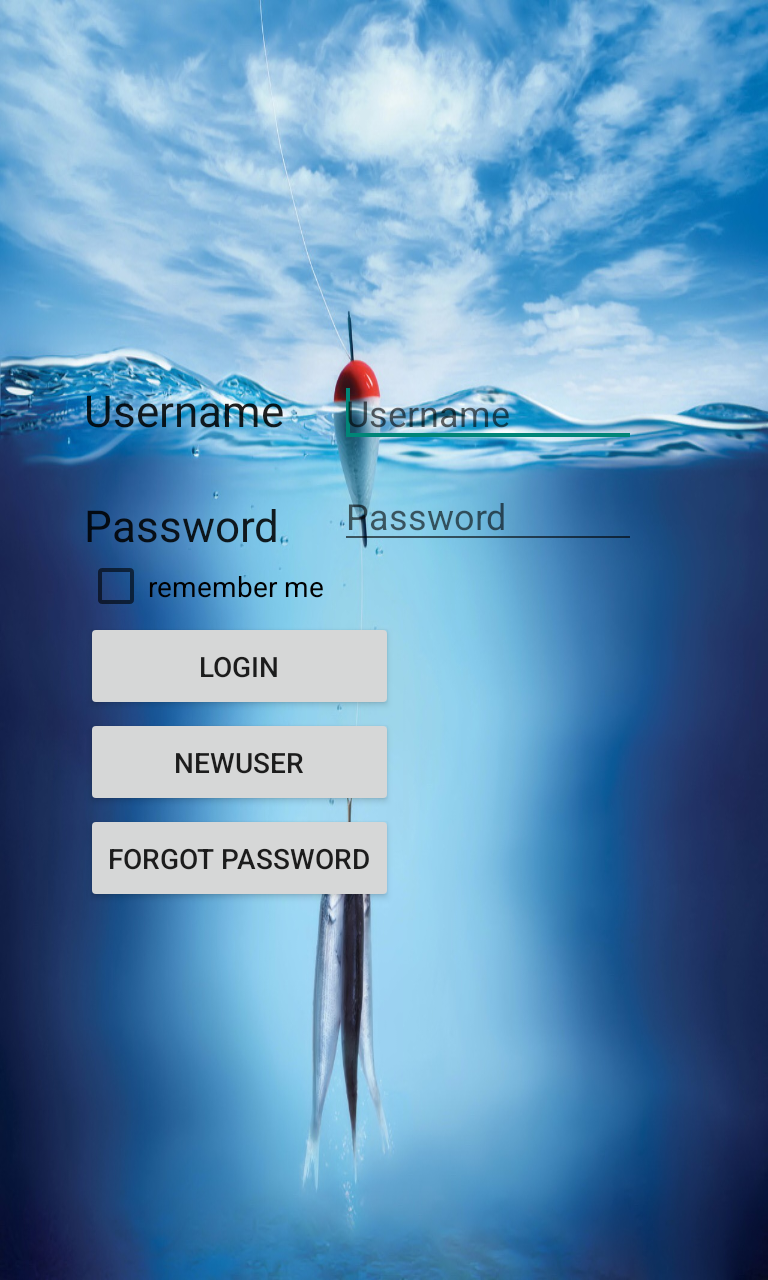
Repository: zerox2012/Fall2014Android
Layout: FishingBuddy/res/layout/activity_login.xml
An editor plug-in stored every save of this project. The layout is shown before and after the next save, followed by the edit.
It is drawn on a 768 x 1280 px phone screen (xhdpi) without system bars, with theme AppTheme; the app's code is not run.

Above is the layout before, as saved 2014-10-20 20:04:35.

### FishingBuddy/res/layout/activity_login.xml
<RelativeLayout xmlns:android="http://schemas.android.com/apk/res/android"
    xmlns:tools="http://schemas.android.com/tools"
    android:layout_width="match_parent"
    android:layout_height="match_parent"
    android:background="@drawable/login"
    android:paddingBottom="@dimen/activity_vertical_margin"
    android:paddingLeft="@dimen/activity_horizontal_margin"
    android:paddingRight="@dimen/activity_horizontal_margin"
    android:paddingTop="@dimen/activity_vertical_margin"
    tools:context="usf.fall2014.android.fishingbuddy.Login" >

    <TextView
        android:id="@+id/textView2"
        android:layout_width="wrap_content"
        android:layout_height="wrap_content"
        android:layout_alignLeft="@+id/textView1"
        android:layout_below="@+id/textView1"
        android:layout_marginTop="28dp"
        android:text="@string/password"
        android:textAppearance="?android:attr/textAppearanceLarge" />

    <requestFocus />

    <EditText
        android:id="@+id/username"
        android:layout_width="150dp"
        android:layout_height="wrap_content"
        android:layout_alignBaseline="@+id/textView1"
        android:layout_alignBottom="@+id/textView1"
        android:layout_marginLeft="27dp"
        android:layout_toRightOf="@+id/textView1"
        android:ems="10"
        android:hint="@string/user_name"
        android:inputType="text"
        android:scrollHorizontally="false" />

    <EditText
        android:id="@+id/password"
        android:layout_width="150dp"
        android:layout_height="wrap_content"
        android:layout_alignBottom="@+id/textView2"
        android:layout_alignLeft="@+id/username"
        android:ems="10"
        android:hint="@string/password"
        android:inputType="textPassword" />

    <TextView
        android:id="@+id/textView1"
        android:layout_width="wrap_content"
        android:layout_height="wrap_content"
        android:layout_alignParentLeft="true"
        android:layout_alignParentTop="true"
        android:layout_marginLeft="26dp"
        android:layout_marginTop="174dp"
        android:text="@string/user_name"
        android:textAppearance="?android:attr/textAppearanceLarge" />

    <Button
        android:id="@+id/button_forgot_password"
        android:layout_width="wrap_content"
        android:layout_height="wrap_content"
        android:layout_alignLeft="@+id/checkBox1"
        android:layout_alignRight="@+id/input_username"
        android:layout_below="@+id/button_new_user"
        android:layout_marginRight="45dp"
        android:text="@string/forgot_password" />

    <CheckBox
        android:id="@+id/checkBox1"
        android:layout_width="wrap_content"
        android:layout_height="wrap_content"
        android:layout_alignLeft="@+id/textView2"
        android:layout_below="@+id/textView2"
        android:text="@string/remember_me" />

    <Button
        android:id="@+id/button_login"
        android:layout_width="100dp"
        android:layout_height="wrap_content"
        android:layout_alignLeft="@+id/checkBox1"
        android:layout_alignRight="@+id/button_forgot_password"
        android:layout_below="@+id/checkBox1"
        android:text="@string/button_login" />

    <Button
        android:id="@+id/button_new_user"
        android:layout_width="wrap_content"
        android:layout_height="wrap_content"
        android:layout_alignLeft="@+id/button_login"
        android:layout_alignRight="@+id/button_forgot_password"
        android:layout_below="@+id/button_login"
        android:text="@string/title_activity_new_user" />

</RelativeLayout>

### FishingBuddy/res/values/strings.xml
<?xml version="1.0" encoding="utf-8"?>
<resources>

    <string name="app_name">FishingBuddy</string>
    <string name="hello_world">Hello world!</string>
    <string name="action_settings">Settings</string>
    <string name="title_activity_main_menu">MainMenu</string>
    <string name="title_activity_gallery">Gallery</string>
    <string name="title_activity_message">Message</string>
    <string name="title_activity_new_user">NewUser</string>
    <string name="title_activity_forgot_password">ForgotPassword</string>
    <string name="title_activity_map">Map</string>
    <string name="user_name">Username</string>
    <string name="password">Password</string>
    <string name="button_login">Login</string>
    <string name="new_user">New User</string>
    <string name="forgot_password">Forgot Password</string>
    <string name="remember_me">remember me</string>
    <string name="label_email">Email</string>
    <string name="label_confirm_email">Confirm</string>
    <string name="create_account">Create Account</string>
    <string name="cancel">Cancel</string>

</resources>

Loaded but not shown: FishingBuddy/res/values/styles.xml (common file); FishingBuddy/res/values-v11/styles.xml (common file); FishingBuddy/res/values-v14/styles.xml (common file); FishingBuddy/res/values/dimens.xml (common file); FishingBuddy/res/values-w820dp/dimens.xml (common file)

After the next save:
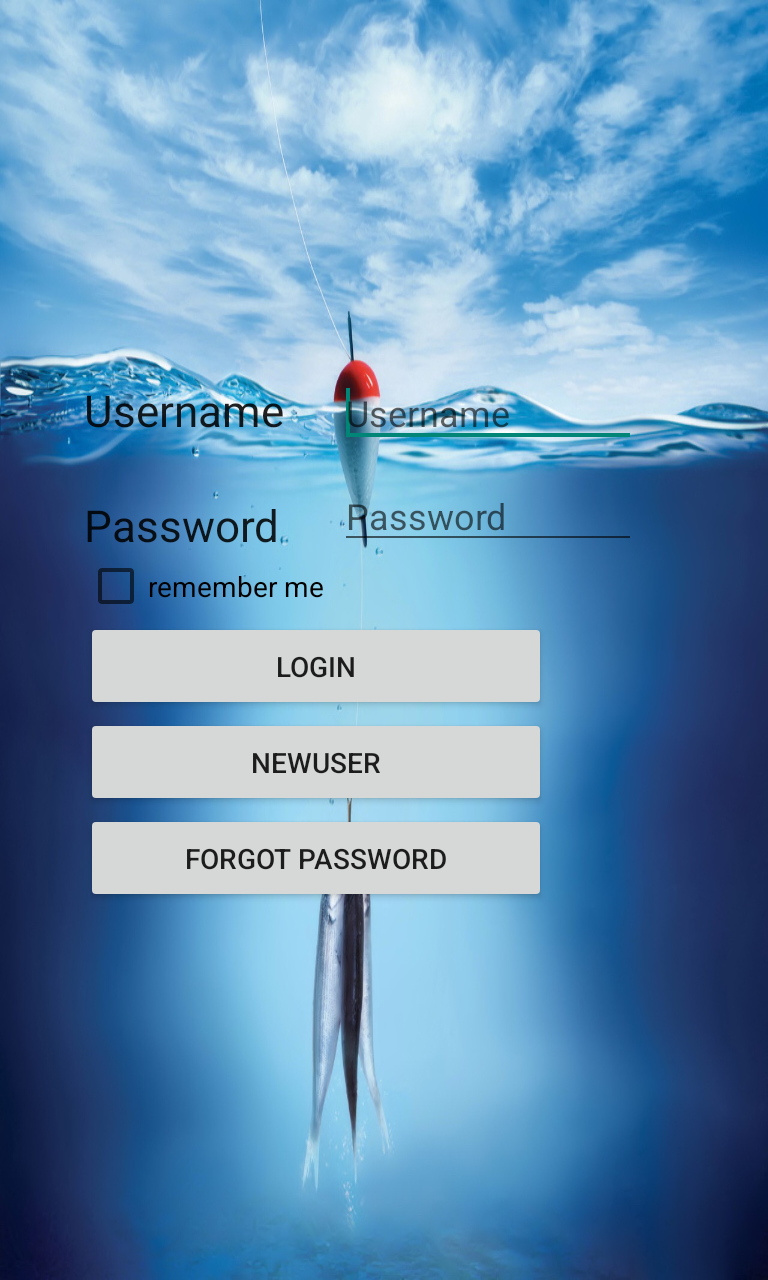
Saved 15 s later.
--- a/FishingBuddy/res/layout/activity_login.xml
+++ b/FishingBuddy/res/layout/activity_login.xml
@@ -60,7 +60,7 @@
         android:layout_width="wrap_content"
         android:layout_height="wrap_content"
         android:layout_alignLeft="@+id/checkBox1"
-        android:layout_alignRight="@+id/input_username"
+        android:layout_alignRight="@+id/username"
         android:layout_below="@+id/button_new_user"
         android:layout_marginRight="45dp"
         android:text="@string/forgot_password" />
